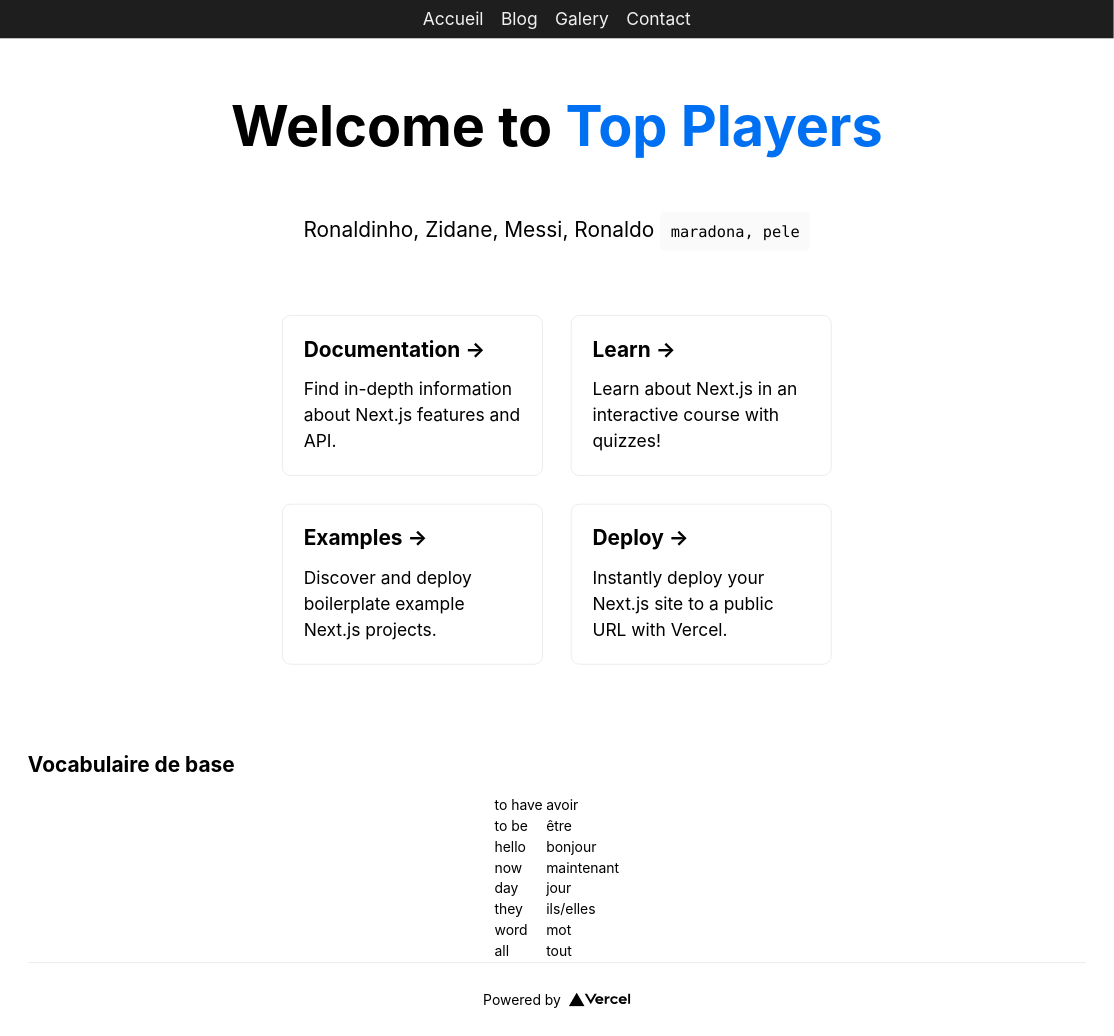
Repository: duncanidaho14/next-first-app
Page: /
An editor plug-in stored every save of this project. The page is shown before and after a run of saves, followed by the edit.
The browser window is 1280 px wide. The pictures show the whole page, at 87% of full size.
The project was rebuilt for these pictures with package versions that can differ from the ones it lists, and the page was loaded fresh each time. The framework's server and built-in components were replaced by stand-ins that run in the browser. Also part of the build but not shown: next.config.js.

Above is the page before, as saved 2022-03-06 12:38:15.

### pages/_app.tsx
import '../styles/globals.css'
import type { AppProps } from 'next/app'
import Container from '../components/Container/Container'
function MyApp({ Component, pageProps }: AppProps) {
  return (
    <Container>
      <Component {...pageProps} />
    </Container>
  )
}

export default MyApp

### pages/_document.tsx
import Document, {Html, Head, Main, NextScript} from "next/document";

class MyDocument extends Document {
    render() {
        return (
            <Html lang="fr">
                <Head>
                    <body>
                        <Main />
                        <NextScript />
                    </body>
                </Head>
            </Html>
        )
    }
}

export default MyDocument;

### pages/index.tsx
import type { NextPage } from 'next'
import Head from 'next/head'
import Image from 'next/image'
import styles from '../styles/Home.module.css'

const Home: NextPage = (props) => {
  console.log(props);
  return (
    <div className={styles.container}>
      <Head>
        <title>Les meilleurs joueurs de foot</title>
        <meta name="description" content="Les meilleurs joueurs de foot de la planète à travers l'histoire..." />
        <link rel="icon" href="/favicon.ico" />
      </Head>

      <main className={styles.main}>
        <h1 className={styles.title}>
          Welcome to <a href="https://nextjs.org">Top Players</a>
        </h1>

        <p className={styles.description}>
          Ronaldinho, Zidane, Messi, Ronaldo{' '}
          <code className={styles.code}>maradona, pele</code>
        </p>

        <div className={styles.grid}>
          <a href="https://nextjs.org/docs" className={styles.card}>
            <h2>Documentation &rarr;</h2>
            <p>Find in-depth information about Next.js features and API.</p>
          </a>

          <a href="https://nextjs.org/learn" className={styles.card}>
            <h2>Learn &rarr;</h2>
            <p>Learn about Next.js in an interactive course with quizzes!</p>
          </a>

          <a
            href="https://github.com/vercel/next.js/tree/canary/examples"
            className={styles.card}
          >
            <h2>Examples &rarr;</h2>
            <p>Discover and deploy boilerplate example Next.js projects.</p>
          </a>

          <a
            href="https://vercel.com/new?utm_source=create-next-app&utm_medium=default-template&utm_campaign=create-next-app"
            className={styles.card}
          >
            <h2>Deploy &rarr;</h2>
            <p>
              Instantly deploy your Next.js site to a public URL with Vercel.
            </p>
          </a>
        </div>
      </main>
      <div>
        <h2>Vocabulaire de base</h2>
        <table className={styles.tableau}>
          <tbody>
            {props.array.map(el => (
              <tr>
                <td>{el.en}</td>
                <td>{el.fr}</td>
              </tr>
            ))}
          </tbody>
        </table>
      </div>
      <footer className={styles.footer}>
        <a
          href="https://vercel.com?utm_source=create-next-app&utm_medium=default-template&utm_campaign=create-next-app"
          target="_blank"
          rel="noopener noreferrer"
        >
          Powered by{' '}
          <span className={styles.logo}>
            <Image src="/vercel.svg" alt="Vercel Logo" width={72} height={16} />
          </span>
        </a>
      </footer>
    </div>
  )
}

export default Home

export async function getStaticProps() {
  const data = await import("../data/vocabulary.json")
  const array = data.vocabulary

  return {
    props: {
      array
    }
  }
}

### components/Container/Container.tsx
import React from 'react'
import Navbar from '../Navbar/Navbar'

export default function Container({children}: any) {
    return (
        <>
            <Navbar/>
            {children}
        </>
    )
}

### styles/Home.module.css
.container {
  padding: 0 2rem;
}

.main {
  min-height: 100vh;
  padding: 4rem 0;
  flex: 1;
  display: flex;
  flex-direction: column;
  justify-content: center;
  align-items: center;
}

.footer {
  display: flex;
  flex: 1;
  padding: 2rem 0;
  border-top: 1px solid #eaeaea;
  justify-content: center;
  align-items: center;
}

.footer a {
  display: flex;
  justify-content: center;
  align-items: center;
  flex-grow: 1;
}

.title a {
  color: #0070f3;
  text-decoration: none;
}

.title a:hover,
.title a:focus,
.title a:active {
  text-decoration: underline;
}

.title {
  margin: 0;
  line-height: 1.15;
  font-size: 4rem;
}

.title,
.description {
  text-align: center;
}

.description {
  margin: 4rem 0;
  line-height: 1.5;
  font-size: 1.5rem;
}

.code {
  background: #fafafa;
  border-radius: 5px;
  padding: 0.75rem;
  font-size: 1.1rem;
  font-family: Menlo, Monaco, Lucida Console, Liberation Mono, DejaVu Sans Mono,
    Bitstream Vera Sans Mono, Courier New, monospace;
}

.grid {
  display: flex;
  align-items: center;
  justify-content: center;
  flex-wrap: wrap;
  max-width: 800px;
}

.card {
  margin: 1rem;
  padding: 1.5rem;
  text-align: left;
  color: inherit;
  text-decoration: none;
  border: 1px solid #eaeaea;
  border-radius: 10px;
  transition: color 0.15s ease, border-color 0.15s ease;
  max-width: 300px;
}

.card:hover,
.card:focus,
.card:active {
  color: #0070f3;
  border-color: #0070f3;
}

.card h2 {
  margin: 0 0 1rem 0;
  font-size: 1.5rem;
}

.card p {
  margin: 0;
  font-size: 1.25rem;
  line-height: 1.5;
}

.logo {
  height: 1em;
  margin-left: 0.5rem;
}

@media (max-width: 600px) {
  .grid {
    width: 100%;
    flex-direction: column;
  }
}

.titre {
  text-align: center;
  margin: 10px 0;
}

.tableau {
  margin: 0 auto;

}

### data/vocabulary.json
{
  "vocabulary": [
      {
        "en": "to have",
        "fr": "avoir"
      },
      {
        "en": "to be",
        "fr": "être"
      },      {
        "en": "hello",
        "fr": "bonjour"
      },      {
        "en": "now",
        "fr": "maintenant"
      },      {
        "en": "day",
        "fr": "jour"
      },      {
        "en": "they",
        "fr": "ils/elles"
      },      {
        "en": "word",
        "fr": "mot"
      },      {
        "en": "all",
        "fr": "tout"
      }
  ]
}

### components/Navbar/Navbar.tsx
import React from 'react'
import Link from 'next/link'
import styles from './Navbar.module.css'

export default function Navbar() {
  return (
    <nav className={styles.navbar}>
        <Link href="/">
        <a>Accueil</a>
        </Link>
        <Link href="/blog">
            <a>Blog</a>
        </Link>
        <Link href="/galery">
            <a>Galery</a>
        </Link>
        <Link href="/contact">
            <a>Contact</a>
        </Link>
    </nav>
  )
}

### components/Navbar/Navbar.module.css
.navbar {
    padding: 10px;
    background: rgb(31, 30, 30);
    display: flex;
    justify-content: center;
    font-size: 20px;
}

.navbar a {
    margin: 0 10px;
    color: #f1f1f1;
}

Loaded but not shown: styles/globals.css (common file)

After the next 6 saves:
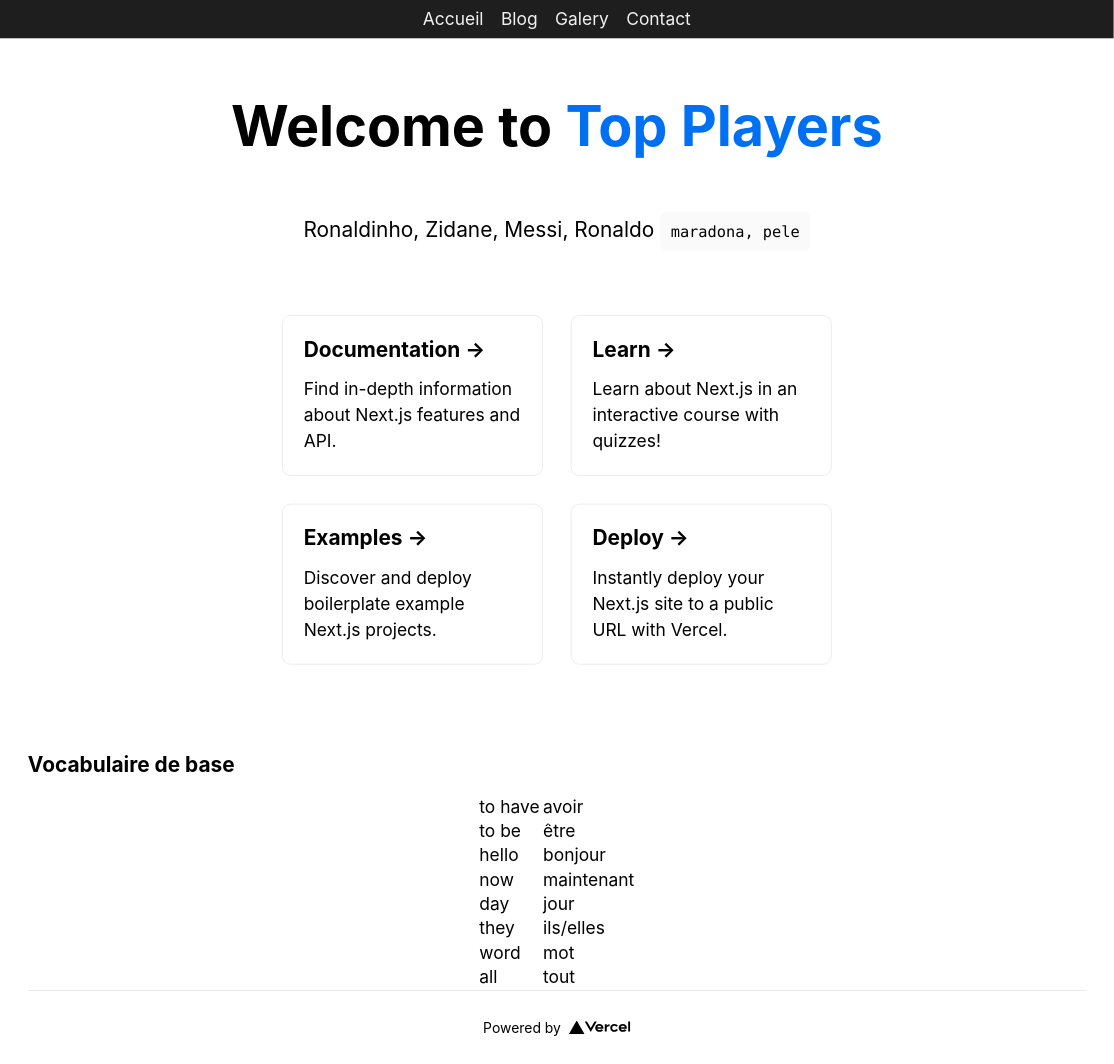
The 6 saves are shown as one change because they came seconds apart.
The last was saved 13 s later.
--- a/styles/Home.module.css
+++ b/styles/Home.module.css
@@ -122,5 +122,5 @@
 
 .tableau {
   margin: 0 auto;
-
+  font-size: 20px;
 }
